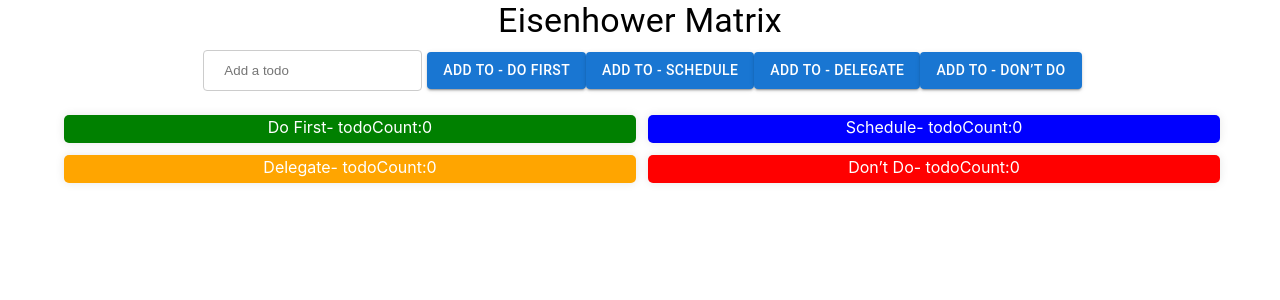
Repository: GokulDev4U/Krixi_react_assignment
Page: /, after clicking the first element matching `button.MuiButtonBase-root`
The author's editor kept a copy of each file at every save. The page is drawn from the files as they stood at one save, then again after the next save.
The browser window is 1280 px wide. The pictures show the whole page.
The project was rebuilt for these pictures with package versions that can differ from the ones it lists, and the page was loaded fresh each time.

Above is the page before, as saved 2022-04-04 17:22:46.

### src/App.js
import React, { useState } from "react";
import { Container, Grid, Button, Typography } from "@mui/material";
import Card from "./Components/card/Card";
import { useDispatch } from "react-redux";
import { addDoFirst } from "./features/todo/todoSlice";
import { addSchedule } from "./features/todo/todoScheduleSlice";
import { addDelegate } from "./features/todo/todoDelegateSlice";
import { addDontDo } from "./features/todo/todoDontDoSlice";
import "./App.css";

function App() {
  const dispatch = useDispatch();
  const [todo, setTodo] = useState("");
  let finalTodo = todo;
  const handleChange = (e) => {
    setTodo(e.target.value);
  };
  const handleDoFirstButtonClick = (e) => {
    e.preventDefault();
    e.stopPropagation();
    if (todo.length > 0) {
      dispatch(addDoFirst(finalTodo));
      setTodo("");
    }
  };
  const handleScheduleButtonClick = (e) => {
    e.preventDefault();
    e.stopPropagation();
    if (todo.length > 0) {
      dispatch(addSchedule(finalTodo));
      setTodo("");
    }
  };
  const handleDelegateButtonClick = (e) => {
    e.preventDefault();
    e.stopPropagation();
    if (todo.length > 0) {
      dispatch(addDelegate(finalTodo));
      setTodo("");
    }
  };
  const handleDontDoButtonClick = (e) => {
    e.preventDefault();
    e.stopPropagation();
    if (todo.length > 0) {
      dispatch(addDontDo(finalTodo));
      setTodo("");
    }
  };
  return (
    <div className="App">
      <Container sx={{ flexGrow: 1 }}>
        <Typography variant="h4">Eisenhower Matrix</Typography>
        <Grid container spacing={2}>
          <Grid item xs={12}>
            <input
              type="text"
              placeholder="Add a todo"
              value={todo}
              onChange={handleChange}
            />
            <Button
              variant="contained"
              color="primary"
              onClick={handleDoFirstButtonClick}
            >
              Add to - do first
            </Button>
            <Button
              variant="contained"
              color="primary"
              onClick={handleScheduleButtonClick}
            >
              Add to - Schedule
            </Button>
            <Button
              variant="contained"
              color="primary"
              onClick={handleDelegateButtonClick}
            >
              Add to - Delegate
            </Button>
            <Button
              variant="contained"
              color="primary"
              onClick={handleDontDoButtonClick}
            >
              Add to - Don’t Do
            </Button>
          </Grid>
          <Grid item xs={6}>
            <Card color="green" title="Do First" flag="doFirst" />
          </Grid>
          <Grid item xs={6}>
            <Card color="blue" title="Schedule" flag="schedule" />
          </Grid>
          <Grid item xs={6}>
            <Card color="orange" title="Delegate" flag="delegate" />
          </Grid>
          <Grid item xs={6}>
            <Card color="red" title="Don’t Do" flag="dontDo" />
          </Grid>
        </Grid>
      </Container>
    </div>
  );
}

export default App;

### src/app/store.js
import { configureStore } from "@reduxjs/toolkit";
import todoReducer from "../features/todo/todoSlice";
import todoScheduleReducer from "../features/todo/todoScheduleSlice";
import todoDelegateReducer from "../features/todo/todoDelegateSlice";
import todoDontDoReducer from "../features/todo/todoDontDoSlice";

export const store = configureStore({
  reducer: {
    todo: todoReducer,
    todoSchedule: todoScheduleReducer,
    todoDelegate: todoDelegateReducer,
    todoDontDo: todoDontDoReducer,
  },
});

### src/Components/card/Card.jsx
import React from 'react';
import { useSelector } from 'react-redux';
import { selectTodoDoFirst } from '../../features/todo/todoSlice';
import { selectTodoSchedule } from '../../features/todo/todoScheduleSlice';
import { selectTodoDelegate } from '../../features/todo/todoDelegateSlice';
import { selectTodoDontDo } from '../../features/todo/todoDontDoSlice';
import EditIcon from '@mui/icons-material/Edit';
import DeleteIcon from '@mui/icons-material/Delete';
import './Card.css';

const Card = ({ color, title, flag }) => {
  const todosDoFirst = useSelector(selectTodoDoFirst);
  const todosSchedule = useSelector(selectTodoSchedule);
  const todosDelegate = useSelector(selectTodoDelegate);
  const todosDontDo = useSelector(selectTodoDontDo);

  let todosDoFirstLength = todosDoFirst.length;
  let todosScheduleLength = todosSchedule.length;
  let todosDelegateLength = todosDelegate.length;
  let todosDontDoLength = todosDontDo.length;

  return (
    <div className='box' style={{ backgroundColor: `${color}` }}>
      <div className="card-title">
        {`${title}- todoCount:${Number((flag === "doFirst" && todosDoFirstLength) || (flag === "schedule" && todosScheduleLength) || (flag === "delegate" && todosDelegateLength) || (flag === "dontDo" && todosDontDoLength))}`}
      </div>
      <div className="card-content">
        <div className="card-content-item">
          {flag === "doFirst" && todosDoFirst?.map((todo, index) => (
            <div key={index}>
              {todo}
            </div>
          ))}
        </div>
        <div className="card-content-item">
          {flag === "schedule" && todosSchedule?.map((todo, index) => (
            <div key={index}>
              {todo}
            </div>
          ))}
        </div>
        <div className="card-content-item">
          {flag === "delegate" && todosDelegate?.map((todo, index) => (
            <div key={index}>
              {todo}
            </div>
          ))}
        </div>
        <div className="card-content-item">
          {flag === "dontDo" && todosDontDo?.map((todo, index) => (
            <div key={index}>
              {todo}
            </div>
          ))}
        </div>
      </div>
    </div>
  );
};

export default Card;

### src/features/todo/todoSlice.jsx
import { createSlice } from "@reduxjs/toolkit";

const initialState = {
    doFirst: [],
    // schedule: [],
    // delegate: [],
    // dontDo: [],
};

export const todoSlice = createSlice({
    name: "todo",
    initialState,
    reducers: {
        addDoFirst: (state, action) => {
            state.doFirst.push(action.payload);
        },
        // addSchedule: (state, action) => {
        //     state.schedule.push(action.payload);
        // },
        // addDelegate: (state, action) => {
        //     state.delegate.push(action.payload);
        // },
        // addDontDo: (state, action) => {
        //     state.dontDo.push(action.payload);
        // },
        remove: (state) => {
            // state.value -= 1;
        },
        edit: (state, action) => {
            // state.value += action.payload;
        },
    },
});

export const { addDoFirst, addDelegate, addSchedule, addDontDo, remove, edit } = todoSlice.actions;

export const selectTodoDoFirst = (state) => state.todo.doFirst;
// export const selectTodoSchedule = (state) => state.todo.schedule;
// export const selectTodoDelegate = (state) => state.todo.delegate;
// export const selectTodoDontDo = (state) => state.todo.dontDo;

export default todoSlice.reducer;

### src/features/todo/todoScheduleSlice.jsx
import { createSlice } from "@reduxjs/toolkit";

const initialState = {
    schedule: [],
};

export const todoScheduleSlice = createSlice({
    name: "todoSchedule",
    initialState,
    reducers: {
        addSchedule: (state, action) => {
            state.schedule.push(action.payload);
        },
        remove: (state) => {

        },
        edit: (state, action) => {

        },
    },
});

export const { addSchedule, remove, edit } = todoScheduleSlice.actions;

export const selectTodoSchedule = (state) => state.todoSchedule.schedule;

export default todoScheduleSlice.reducer;

### src/features/todo/todoDelegateSlice.jsx
import { createSlice } from "@reduxjs/toolkit";

const initialState = {
    delegate: [],
};

export const todoDelegateSlice = createSlice({
    name: "todoDelegate",
    initialState,
    reducers: {
        addDelegate: (state, action) => {
            state.delegate.push(action.payload);
        },
        remove: (state) => {

        },
        edit: (state, action) => {

        },
    },
});

export const { addDelegate, remove, edit } = todoDelegateSlice.actions;

export const selectTodoDelegate = (state) => state.todoDelegate.delegate;

export default todoDelegateSlice.reducer;

### src/features/todo/todoDontDoSlice.jsx
import { createSlice } from "@reduxjs/toolkit";

const initialState = {
    dontDo: [],
};

export const todoDontDoSlice = createSlice({
    name: "todoDontDo",
    initialState,
    reducers: {
        addDontDo: (state, action) => {
            state.dontDo.push(action.payload);
        },
        remove: (state) => {

        },
        edit: (state, action) => {

        },
    },
});

export const { addDontDo, remove, edit } = todoDontDoSlice.actions;

export const selectTodoDontDo = (state) => state.todoDontDo.dontDo;

export default todoDontDoSlice.reducer;

### src/App.css
.App {
  text-align: center;
}

input[type=text]{
  /* width: 100%; */
  padding: 12px 20px;
  margin: 8px 5px;
  display: inline-block;
  border: 1px solid #ccc;
  border-radius: 4px;
  box-sizing: border-box;
}

Button {
  margin-right: 5px;
}

### src/Components/card/Card.css
 .box{
    width: 100%;
    height: 100%;
    color: #fff;
    border-radius: 5px;
    box-shadow: 0 0 10px rgba(0,0,0,0.1);
    overflow: hidden;
    cursor: pointer;
    padding: 2px;
 }

 .card-content-item{
      width: 100%;
      height: 100%;
      background-color: rgb(187, 231, 202);
      border-radius: 5px;
 }

Loaded but not shown: public/index.html (common file); src/index.js (common file); src/index.css (common file); src/serviceWorker.js (common file)

After the next save:
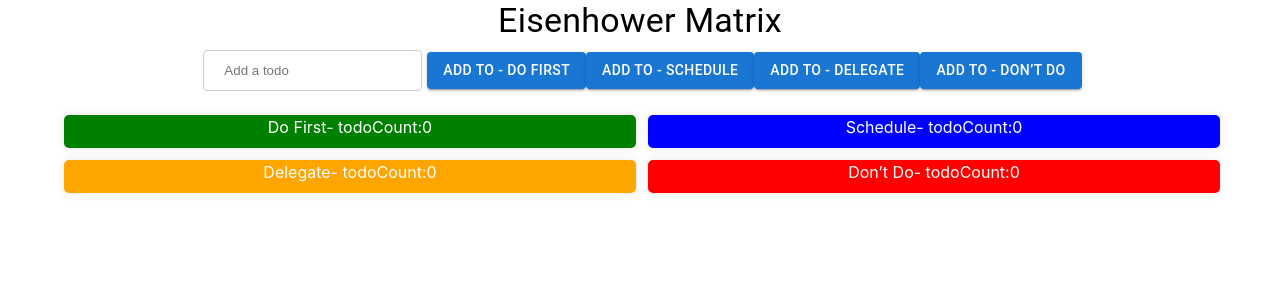
Saved 19 s later.
--- a/src/Components/card/Card.css
+++ b/src/Components/card/Card.css
@@ -14,4 +14,5 @@
       height: 100%;
       background-color: rgb(187, 231, 202);
       border-radius: 5px;
+      margin: 5px 0px;
  }
